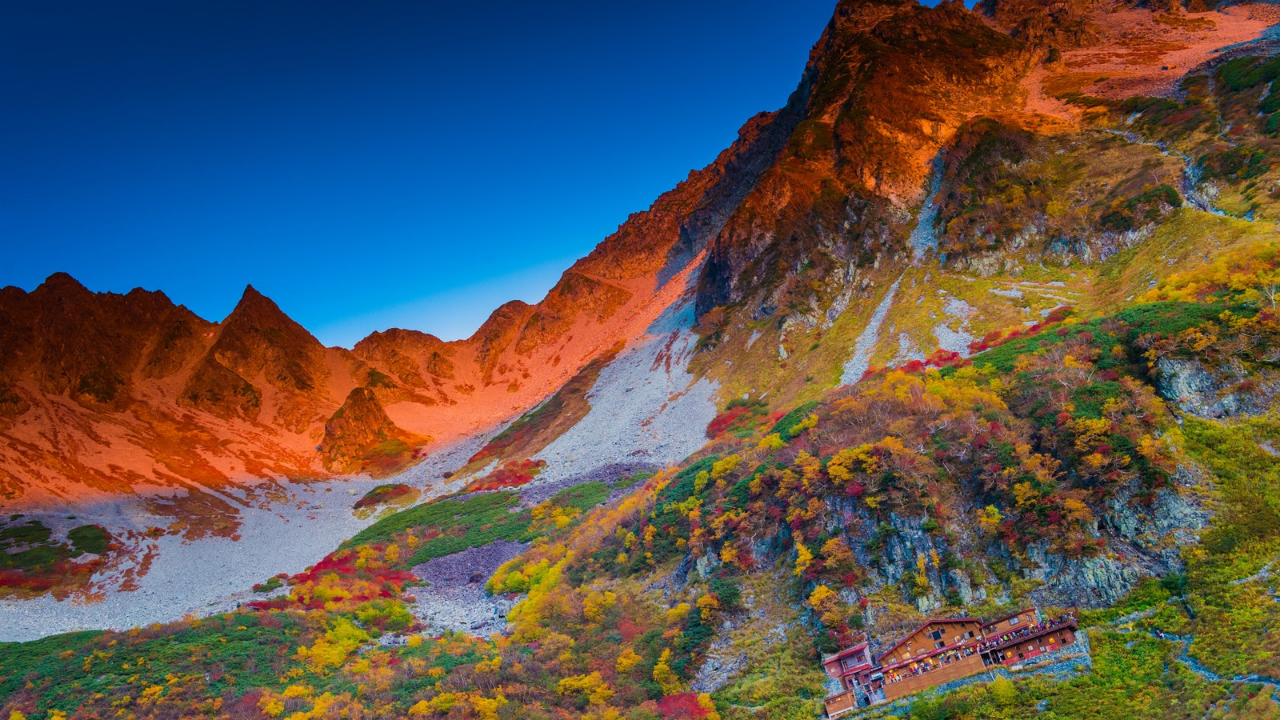
Repository: suhong99/htmlLecture
Page: cssWork1/src/main/webapp/index2.html
An editor plug-in stored every save of this project. The page is shown before and after a run of saves, followed by the edit.
The browser window is 1280 px wide. The page is 1280 px wide, then 1288 px, so the pictures cover 1288 px, including what lies to the right of the window. The pictures show the whole page.

Above is the page before, as saved 2023-06-22 06:28:50.

### cssWork1/src/main/webapp/index2.html
<!DOCTYPE html>
<html>
<head>
<meta charset="UTF-8">
<title>Insert title here</title>
<style type="text/css">
body{
	width:100%;
	background : url("back.jpg") no-repeat center center fixed;
	background-size: cover;
}
</style>
</head>
<body>

</body>
</html>

After the next 2 saves:
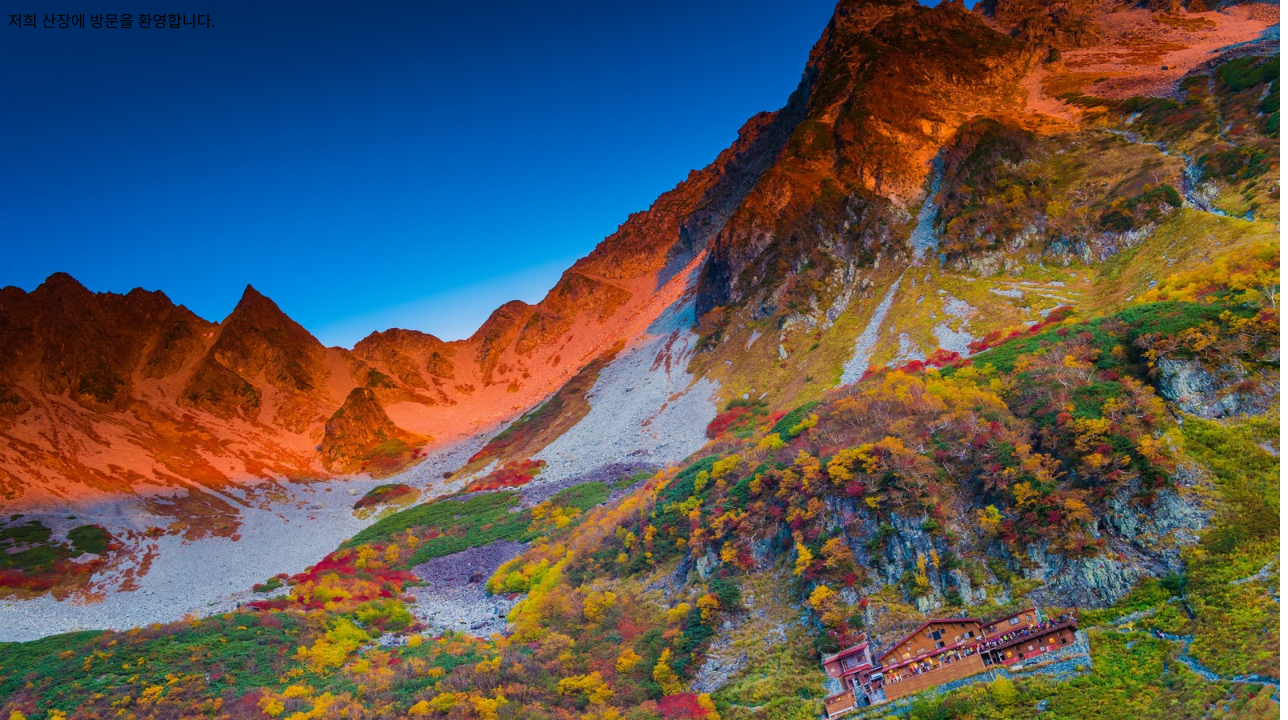
The 2 saves are shown as one change because they came seconds apart.
The last was saved 3 min 2 s later.
--- a/cssWork1/src/main/webapp/index2.html
+++ b/cssWork1/src/main/webapp/index2.html
@@ -9,9 +9,14 @@ body{
 	background : url("back.jpg") no-repeat center center fixed;
 	background-size: cover;
 }
+.message{
+	width:800px;
+}
 </style>
 </head>
 <body>
-
+<div class="message">
+저희 산장에 방문을 환영합니다.
+</div>
 </body>
 </html>
